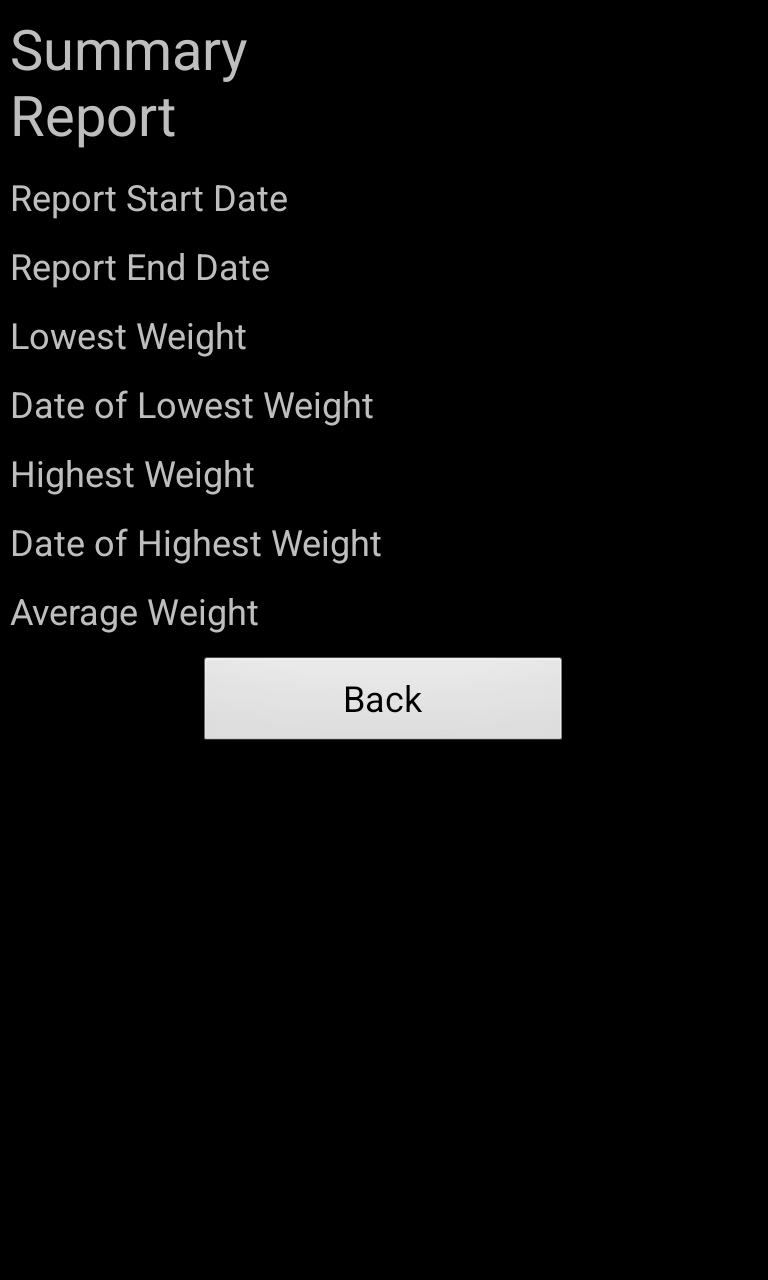
Repository: dillonyoung/CPD4493
Layout: TraCare/res/layout/report.xml
These files come from the project's save history. The layout is drawn as it stood at one moment and after the next save; the edit follows.
It is drawn on a 768 x 1280 px phone screen (xhdpi) without system bars, with theme android:Theme.Black; the app's code is not run.

Above is the layout before, as saved 2013-04-10 23:32:34.

### TraCare/res/layout/report.xml
<?xml version="1.0" encoding="utf-8"?>
<ScrollView xmlns:android="http://schemas.android.com/apk/res/android"
    android:layout_width="fill_parent"
    android:layout_height="fill_parent" >

    <TableLayout
        android:id="@+id/TableLayout1"
        android:layout_width="match_parent"
        android:layout_height="wrap_content" >

        <TableRow
            android:id="@+id/tableRow1"
            android:layout_width="wrap_content"
            android:layout_height="wrap_content"
            android:padding="5dip" >

            <TextView
                android:id="@+id/textView1"
                style="@style/heading"
                android:layout_width="wrap_content"
                android:layout_height="wrap_content"
                android:layout_span="2"
                android:text="@string/summary" />
        </TableRow>

        <TableRow
            android:id="@+id/tableRow2"
            android:layout_width="wrap_content"
            android:layout_height="wrap_content"
            android:padding="5dip" >

            <TextView
                android:id="@+id/textView2"
                style="@style/label"
                android:layout_width="wrap_content"
                android:layout_height="wrap_content"
                android:text="@string/reportstart" />

            <TextView
                android:id="@+id/txtReportStartDate"
                style="@style/value"
                android:layout_width="wrap_content"
                android:layout_height="wrap_content"
                android:text="@string/blank" />
        </TableRow>

        <TableRow
            android:id="@+id/tableRow3"
            android:layout_width="wrap_content"
            android:layout_height="wrap_content"
            android:padding="5dip" >

            <TextView
                android:id="@+id/textView3"
                style="@style/label"
                android:layout_width="wrap_content"
                android:layout_height="wrap_content"
                android:text="@string/reportend" />

            <TextView
                android:id="@+id/txtReportEndDate"
                style="@style/value"
                android:layout_width="wrap_content"
                android:layout_height="wrap_content"
                android:text="@string/blank" />
        </TableRow>

        <TableRow
            android:id="@+id/tableRow4"
            android:layout_width="wrap_content"
            android:layout_height="wrap_content"
            android:padding="5dip" >

            <TextView
                android:id="@+id/textView4"
                style="@style/label"
                android:layout_width="wrap_content"
                android:layout_height="wrap_content"
                android:text="@string/lowestweight" />

            <TextView
                android:id="@+id/txtReportLowestWeight"
                style="@style/value"
                android:layout_width="wrap_content"
                android:layout_height="wrap_content"
                android:text="@string/blank" />
        </TableRow>

        <TableRow
            android:id="@+id/tableRow5"
            android:layout_width="wrap_content"
            android:layout_height="wrap_content"
            android:padding="5dip" >

            <TextView
                android:id="@+id/textView5"
                style="@style/label"
                android:layout_width="wrap_content"
                android:layout_height="wrap_content"
                android:text="@string/lowestdate" />

            <TextView
                android:id="@+id/txtReportLowestDate"
                style="@style/value"
                android:layout_width="wrap_content"
                android:layout_height="wrap_content"
                android:text="@string/blank" />
        </TableRow>

        <TableRow
            android:id="@+id/tableRow6"
            android:layout_width="wrap_content"
            android:layout_height="wrap_content"
            android:padding="5dip" >

            <TextView
                android:id="@+id/textView6"
                style="@style/label"
                android:layout_width="wrap_content"
                android:layout_height="wrap_content"
                android:text="@string/highestweight" />

            <TextView
                android:id="@+id/txtReportHighestWeight"
                style="@style/value"
                android:layout_width="wrap_content"
                android:layout_height="wrap_content"
                android:text="@string/blank" />
        </TableRow>

        <TableRow
            android:id="@+id/tableRow7"
            android:layout_width="wrap_content"
            android:layout_height="wrap_content"
            android:padding="5dip" >

            <TextView
                android:id="@+id/textView7"
                style="@style/label"
                android:layout_width="wrap_content"
                android:layout_height="wrap_content"
                android:text="@string/highestdate" />

            <TextView
                android:id="@+id/txtReportHighestDate"
                style="@style/value"
                android:layout_width="wrap_content"
                android:layout_height="wrap_content"
                android:text="@string/blank" />
        </TableRow>

        <TableRow
            android:id="@+id/tableRow8"
            android:layout_width="wrap_content"
            android:layout_height="wrap_content"
            android:padding="5dip" >

            <TextView
                android:id="@+id/textView8"
                style="@style/label"
                android:layout_width="wrap_content"
                android:layout_height="wrap_content"
                android:text="@string/averageweight" />

            <TextView
                android:id="@+id/txtReportAverageWeight"
                style="@style/value"
                android:layout_width="wrap_content"
                android:layout_height="wrap_content"
                android:text="@string/blank" />
        </TableRow>

        <TableRow
            android:id="@+id/tableRow9"
            android:layout_width="wrap_content"
            android:layout_height="wrap_content"
            android:gravity="center_horizontal"
            android:padding="5dip" >

            <Button
                android:id="@+id/btnBack"
                style="@style/button"
                android:layout_width="wrap_content"
                android:layout_height="wrap_content"
                android:layout_span="2"
                android:text="@string/back" />
        </TableRow>
    </TableLayout>

</ScrollView>

### TraCare/res/values/styles.xml
<resources xmlns:android="http://schemas.android.com/apk/res/android">

    <!--
        Base application theme, dependent on API level. This theme is replaced
        by AppBaseTheme from res/values-vXX/styles.xml on newer devices.
    -->
    <style name="AppBaseTheme" parent="android:Theme.Light">
        <!--
            Theme customizations available in newer API levels can go in
            res/values-vXX/styles.xml, while customizations related to
            backward-compatibility can go here.
        -->
    </style>

    <!-- Application theme. -->
    <style name="AppTheme" parent="AppBaseTheme">
        <!-- All customizations that are NOT specific to a particular API-level can go here. -->
    </style>
    <style name="label">
        <item name="android:textSize">18sp</item>
    </style>
    <style name="heading">
        <item name="android:textSize">28sp</item>
    </style>
    <style name="button">
        <item name="android:textSize">18sp</item>
    </style>
    <style name="value">
        <item name="android:textSize">18sp</item>
    </style>


</resources>

### TraCare/res/values/strings.xml
<?xml version="1.0" encoding="utf-8"?>
<resources>

    <string name="app_name">TraCare</string>
    <string name="action_settings">Settings</string>
    <string name="title_section1">Section 1</string>
    <string name="title_section2">Section 2</string>
    <string name="title_section3">Section 3</string>
    <string name="user_details">User Details</string>
    <string name="gender">Gender</string>
    <string name="male">Male</string>
    <string name="female">Female</string>
    <string name="weight">Weight (Lbs)</string>
    <string name="preferences">Preferences</string>
    <string name="track_weight">Track Weight</string>
    <string name="track_sleep">Track Sleep</string>
    <string name="track_energy_level">Track Energy Level</string>
    <string name="track_quality_of_sleep">Track Quality of Sleep</string>
    <string name="track_fitness">Track Fitness</string>
    <string name="track_nutrition">Track Nutrition</string>
    <string name="savesettings">Save Settings</string>
    <string name="back">Back</string>
    <string name="yourname">Your name</string>
    <string name="track_symptom">Track Symptom</string>
    <string name="image"></string>
    <string name="blank"></string>
    <string name="menu_add_entry">Add Entry</string>
    <string name="menu_delete_entry">Delete Entry</string>
    <string name="summary">Summary Report</string>
    <string name="startdate">Start Date</string>
    <string name="enddate">End Date</string>
    <string name="runreport">Run Report</string>
    <string name="reportstart">Report Start Date</string>
    <string name="reportend">Report End Date</string>
    <string name="lowestweight">Lowest Weight</string>
    <string name="lowestdate">Date of Lowest Weight</string>
	<string name="highestweight">Highest Weight</string>
    <string name="highestdate">Date of Highest Weight</string>
    <string name="averageweight">Average Weight</string>
    <string-array name="hours_of_sleep">
        <item>0.0 Hours of Sleep</item>
        <item>0.5 Hours of Sleep</item>
        <item>1.0 Hours of Sleep</item>
        <item>1.5 Hours of Sleep</item>
        <item>2.0 Hours of Sleep</item>
        <item>2.5 Hours of Sleep</item>
        <item>3.0 Hours of Sleep</item>
        <item>3.5 Hours of Sleep</item>
        <item>4.0 Hours of Sleep</item>
        <item>4.5 Hours of Sleep</item>
        <item>5.0 Hours of Sleep</item>
        <item>5.5 Hours of Sleep</item>
        <item>6.0 Hours of Sleep</item>
        <item>6.5 Hours of Sleep</item>
        <item>7.0 Hours of Sleep</item>
        <item>7.5 Hours of Sleep</item>
        <item>8.0 Hours of Sleep</item>
        <item>8.5 Hours of Sleep</item>
        <item>9.0 Hours of Sleep</item>
        <item>9.5 Hours of Sleep</item>
        <item>10.0 Hours of Sleep</item>
        <item>10.5 Hours of Sleep</item>
        <item>11.0 Hours of Sleep</item>
        <item>11.5 Hours of Sleep</item>
        <item>12.0 Hours of Sleep</item>
        <item>12.5 Hours of Sleep</item>
        <item>13.0 Hours of Sleep</item>
        <item>13.5 Hours of Sleep</item>
        <item>14.0 Hours of Sleep</item>
        <item>14.5 Hours of Sleep</item>
        <item>15.0 Hours of Sleep</item>
        <item>15.5 Hours of Sleep</item>
        <item>16.0 Hours of Sleep</item>
        <item>16.5 Hours of Sleep</item>
        <item>17.0 Hours of Sleep</item>
        <item>17.5 Hours of Sleep</item>
        <item>18.0 Hours of Sleep</item>
        <item>18.5 Hours of Sleep</item>
        <item>19.0 Hours of Sleep</item>
        <item>19.5 Hours of Sleep</item>
        <item>20.0 Hours of Sleep</item>
        <item>20.5 Hours of Sleep</item>
        <item>21.0 Hours of Sleep</item>
        <item>21.5 Hours of Sleep</item>
        <item>22.0 Hours of Sleep</item>
        <item>22.5 Hours of Sleep</item>
        <item>23.0 Hours of Sleep</item>
        <item>23.5 Hours of Sleep</item>
    </string-array>
    <string-array name="energy_level">
        <item>Energy Level Not Specified</item>
        <item>Terrible Energy Level</item>
        <item>Poor Energy Level</item>
        <item>Average Energy Level</item>
        <item>Good Energy Level</item>
        <item>Excellent Energy Level</item>
    </string-array>
    <string-array name="quality_of_sleep">
        <item>Quality of Sleep Not Specified</item>
        <item>Terrible Quality of Sleep</item>
        <item>Poor Quality of Sleep</item>
        <item>Average Quality of Sleep</item>
        <item>Good Quality of Sleep</item>
        <item>Excellent Quality of Sleep</item>
    </string-array>
    <string-array name="symptom_type">
        <item>Symptom Type Not Specified</item>
        <item>Other</item>
        <item>Abdominal Pain</item>
        <item>Chest Pain</item>
        <item>Constipation</item>
        <item>Cought</item>
        <item>Diarrea</item>
        <item>Dizziness</item>
        <item>Eye Discomfort</item>
        <item>Foot Pain</item>
        <item>Hip Pain</item>
        <item>Knee Pain</item>
        <item>Low Back Pain</item>
        <item>Nasal Congestion</item>
        <item>Nausea</item>
        <item>Neck Pain</item>
        <item>Numbness</item>
        <item>Shortness of Breath</item>
        <item>Shoulder Pain</item>
        <item>Sore Throat</item>
        <item>Vision Problems</item>
        <item>Wheezing</item>
    </string-array>
        <string name="string_new_entry">New Entry</string>
        <string name="string_hours_of_sleep">Select Hours of Sleep</string>
        <string name="string_fitness">Your fitness activity</string>
        <string name="string_nutrition">Your nutrition</string>
        <string name="string_symtpom_description">The symptom description</string>
        <string name="saveentry">Save New Entry</string>

</resources>

After the next save:
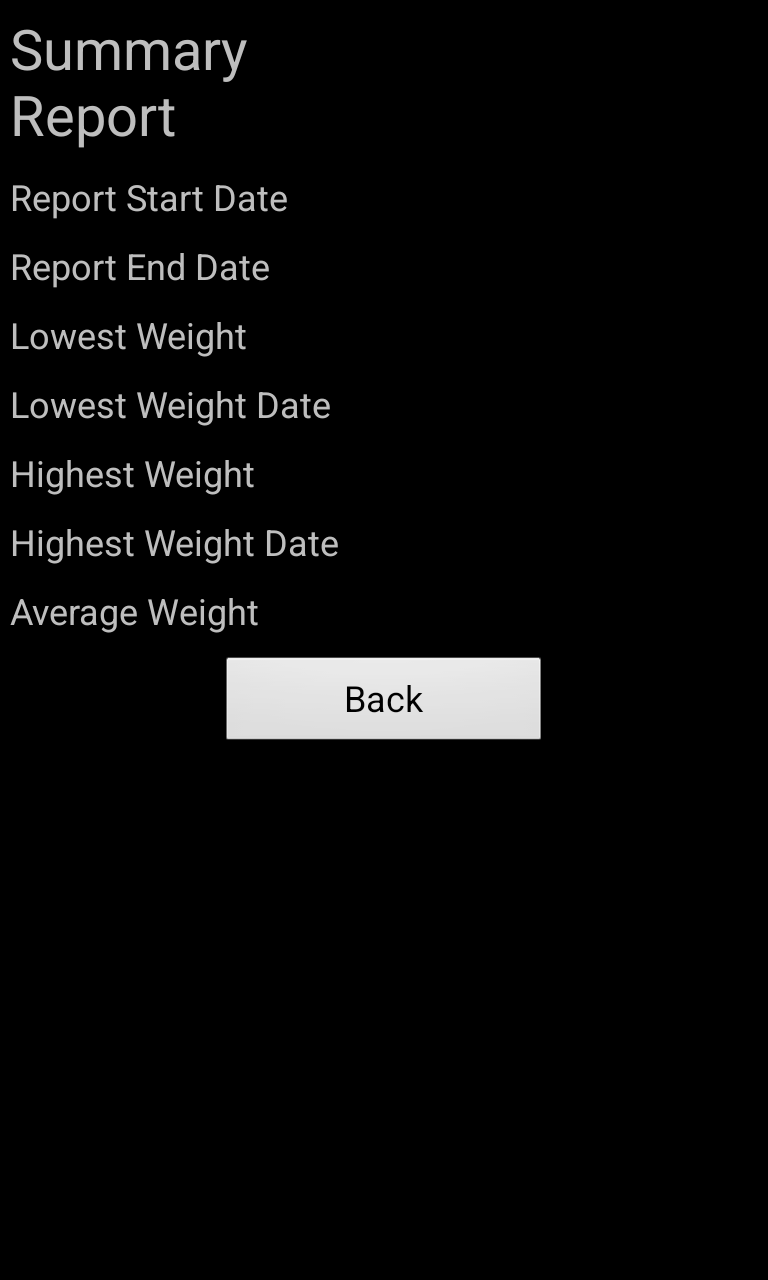
Saved 76 s later.
--- a/TraCare/res/values/strings.xml
+++ b/TraCare/res/values/strings.xml
@@ -33,9 +33,9 @@
     <string name="reportstart">Report Start Date</string>
     <string name="reportend">Report End Date</string>
     <string name="lowestweight">Lowest Weight</string>
-    <string name="lowestdate">Date of Lowest Weight</string>
+    <string name="lowestdate">Lowest Weight Date</string>
 	<string name="highestweight">Highest Weight</string>
-    <string name="highestdate">Date of Highest Weight</string>
+    <string name="highestdate">Highest Weight Date</string>
     <string name="averageweight">Average Weight</string>
     <string-array name="hours_of_sleep">
         <item>0.0 Hours of Sleep</item>
